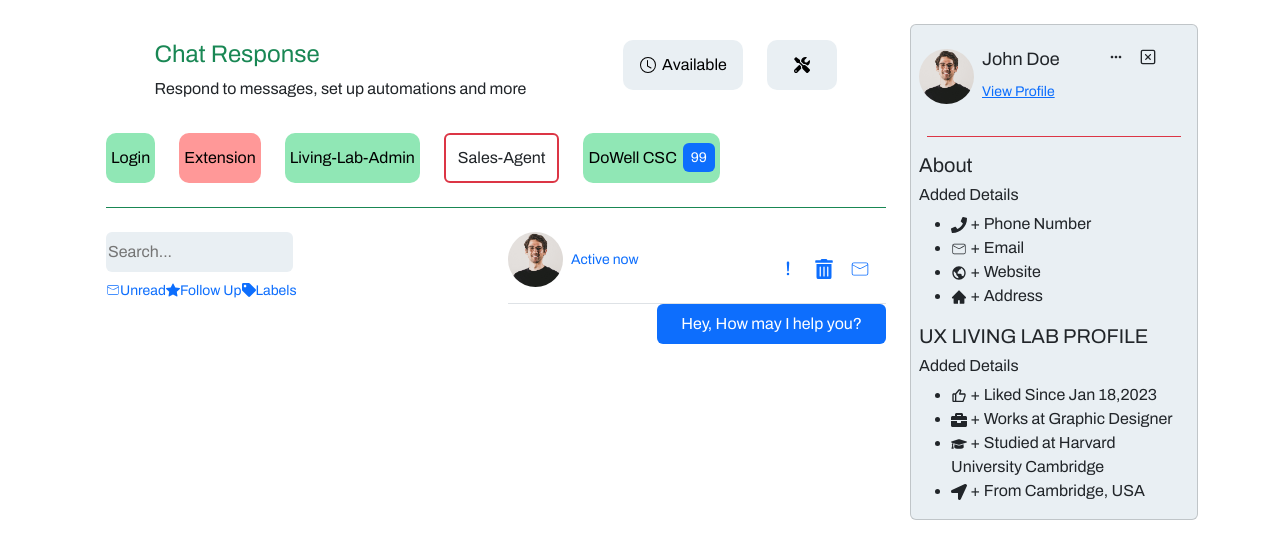
Repository: uh-sman/UX-Living-Lab-Chat
Page: /
These files come from the project's save history. The page is drawn as it stood at one moment and after the next save; the edit follows.
The browser window is 1280 px wide. The pictures show the whole page.
The project was rebuilt for these pictures with package versions that can differ from the ones it lists, and the page was loaded fresh each time.

Above is the page before, as saved 2023-05-10 18:07:30.

After the next save:
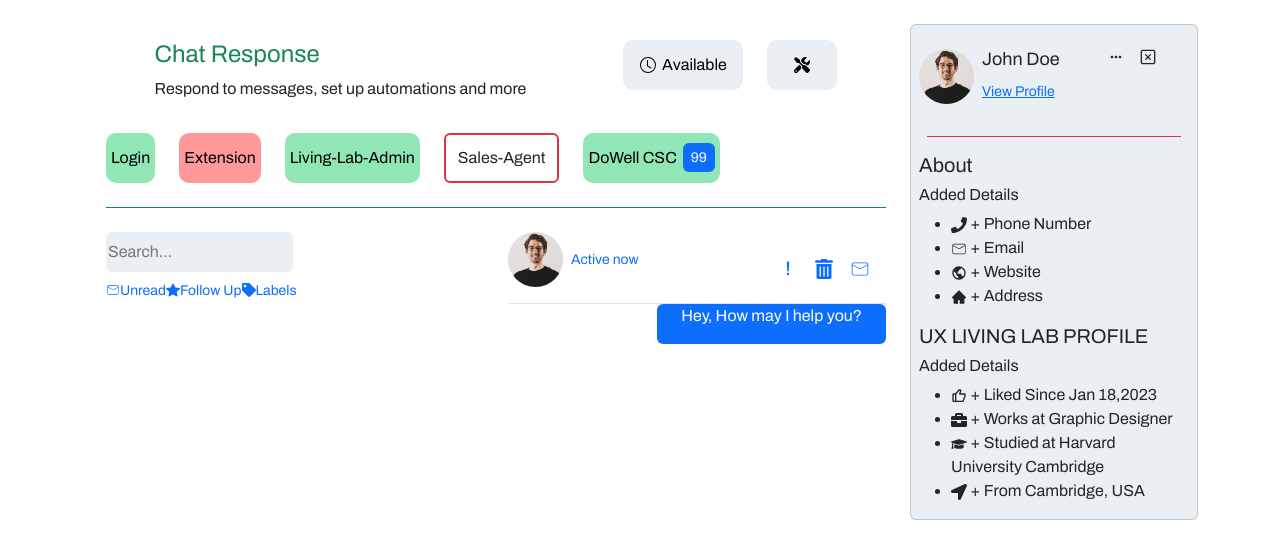
Saved 26 s later.
--- a/src/container/Chats/message/Message.jsx
+++ b/src/container/Chats/message/Message.jsx
@@ -7,7 +7,7 @@
       <div className="d-flex justify-content-end ">
         {message ? (
           <div
-            className="bg-primary text-white rounded d-flex align-items-center "
+            className="bg-primary text-white rounded d-flex justify-content-baseline "
             style={{ width: "auto", height: "40px", listStyle: "none" }}
           >
             <li className="mx-4">Hey, How may I help you? </li>

After the 2 saves that followed:
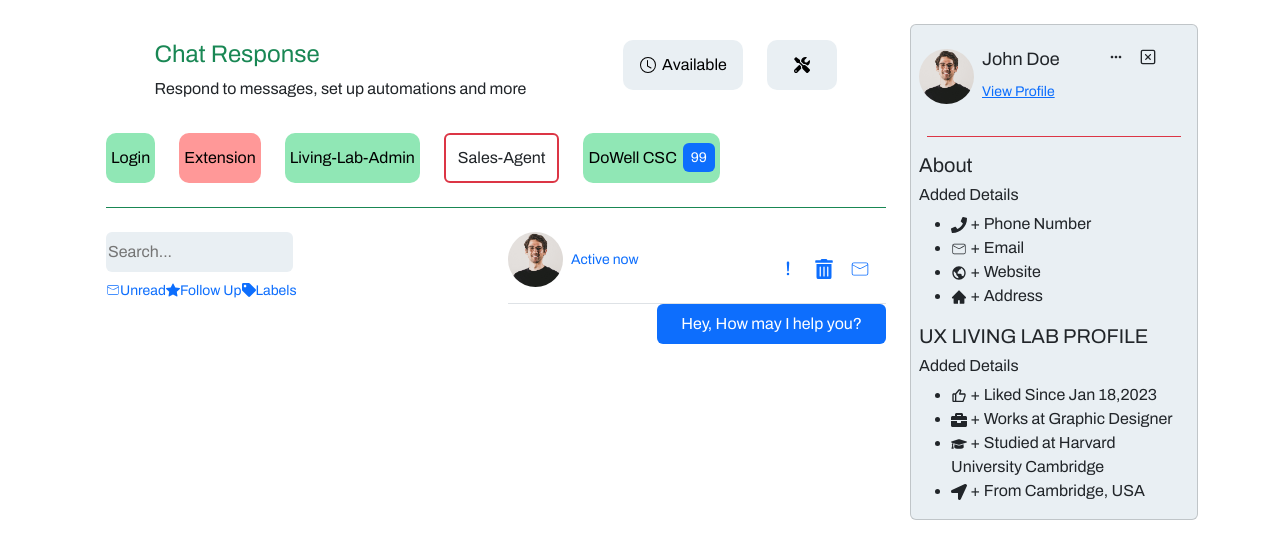
The 2 saves are shown as one change because 1 left the picture as it was.
The last was saved 41 s later.
--- a/src/container/Chats/message/Message.jsx
+++ b/src/container/Chats/message/Message.jsx
@@ -7,7 +7,7 @@
       <div className="d-flex justify-content-end ">
         {message ? (
           <div
-            className="bg-primary text-white rounded d-flex justify-content-baseline "
+            className="bg-primary text-white rounded d-flex align-items-center "
             style={{ width: "auto", height: "40px", listStyle: "none" }}
           >
             <li className="mx-4">Hey, How may I help you? </li>
